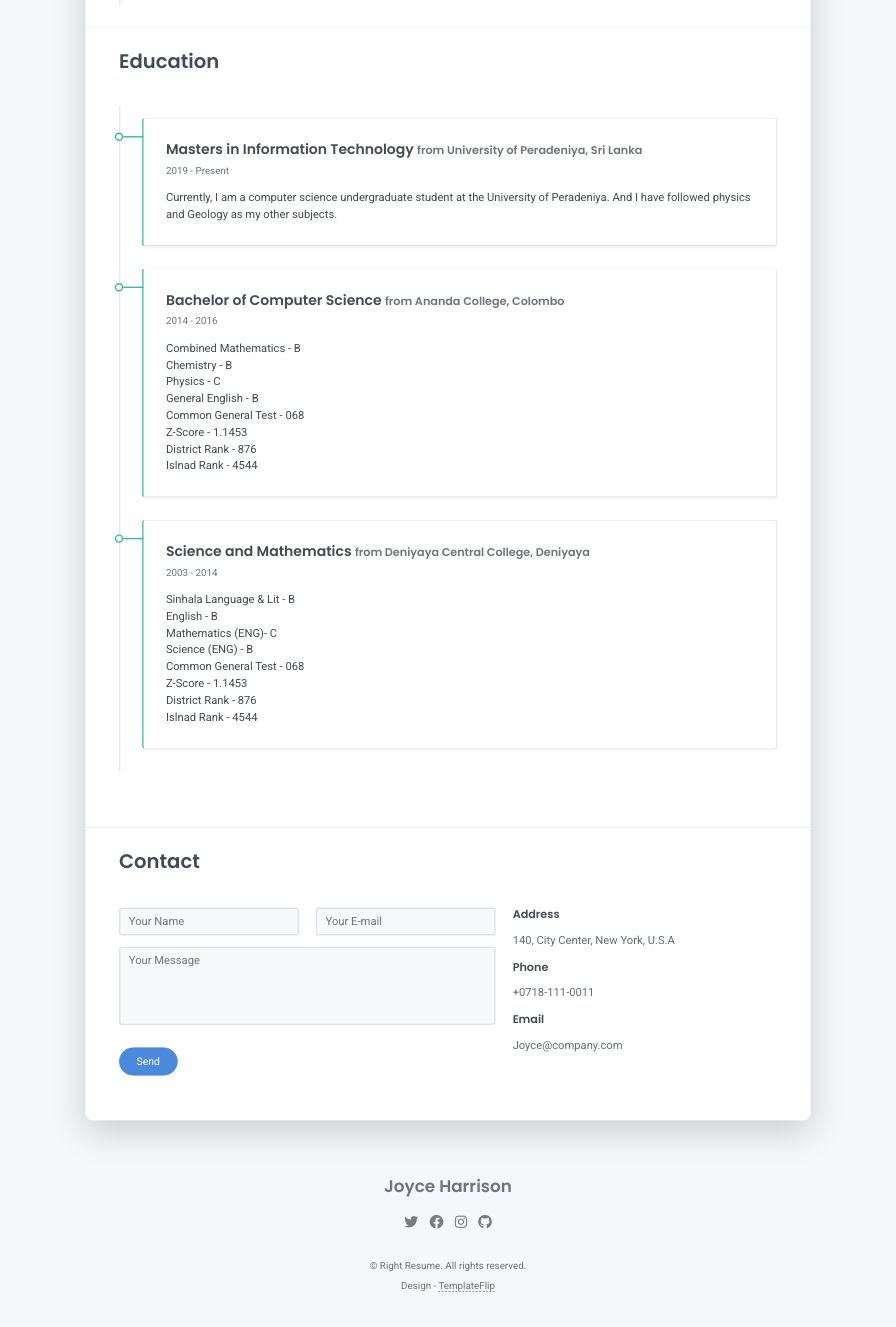
Repository: virangaj/resume
Page: index.html
The author's editor kept a copy of each file at every save. The page is drawn from the files as they stood at one save, then again after the next save.
The browser window is 1280 px wide. The pictures show the part of the page from y = 1948 to 3868 px (the page is 3844 px tall before and 3868 px after), at 70% of full size.

Above is the page before, as saved 2021-08-31 19:47:42.

After the next save:
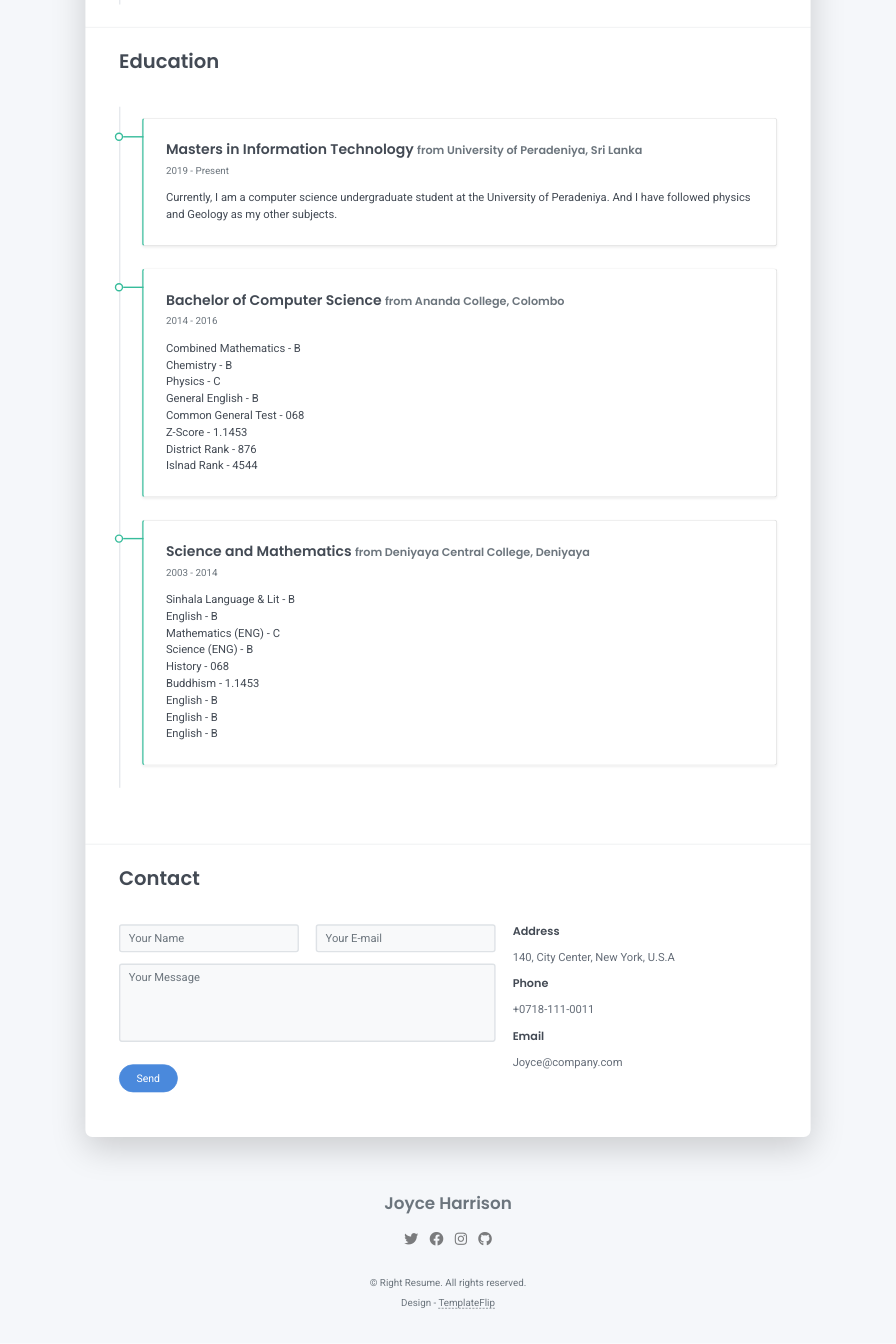
Saved 27 s later.
--- a/index.html
+++ b/index.html
@@ -475,12 +475,15 @@
 									<div class="text-muted text-small mb-2">2003 - 2014</div>
 									<div>Sinhala Language & Lit - B</div>
 									<div>English - B</div>
-									<div>Mathematics (ENG)- C</div>
+									<div>Mathematics (ENG) - C</div>
 									<div>Science (ENG) - B</div>
-									<div>Common General Test - 068</div>
-									<div>Z-Score - 1.1453</div>
-									<div>District Rank - 876</div>
-									<div>Islnad Rank - 4544</div>
+									<div>History - 068</div>
+									<div>Buddhism - 1.1453</div>
+									<div>English - B</div>
+
+									<div>English - B</div>
+
+									<div>English - B</div>
 								</div>
 							</div>
 						</div>
